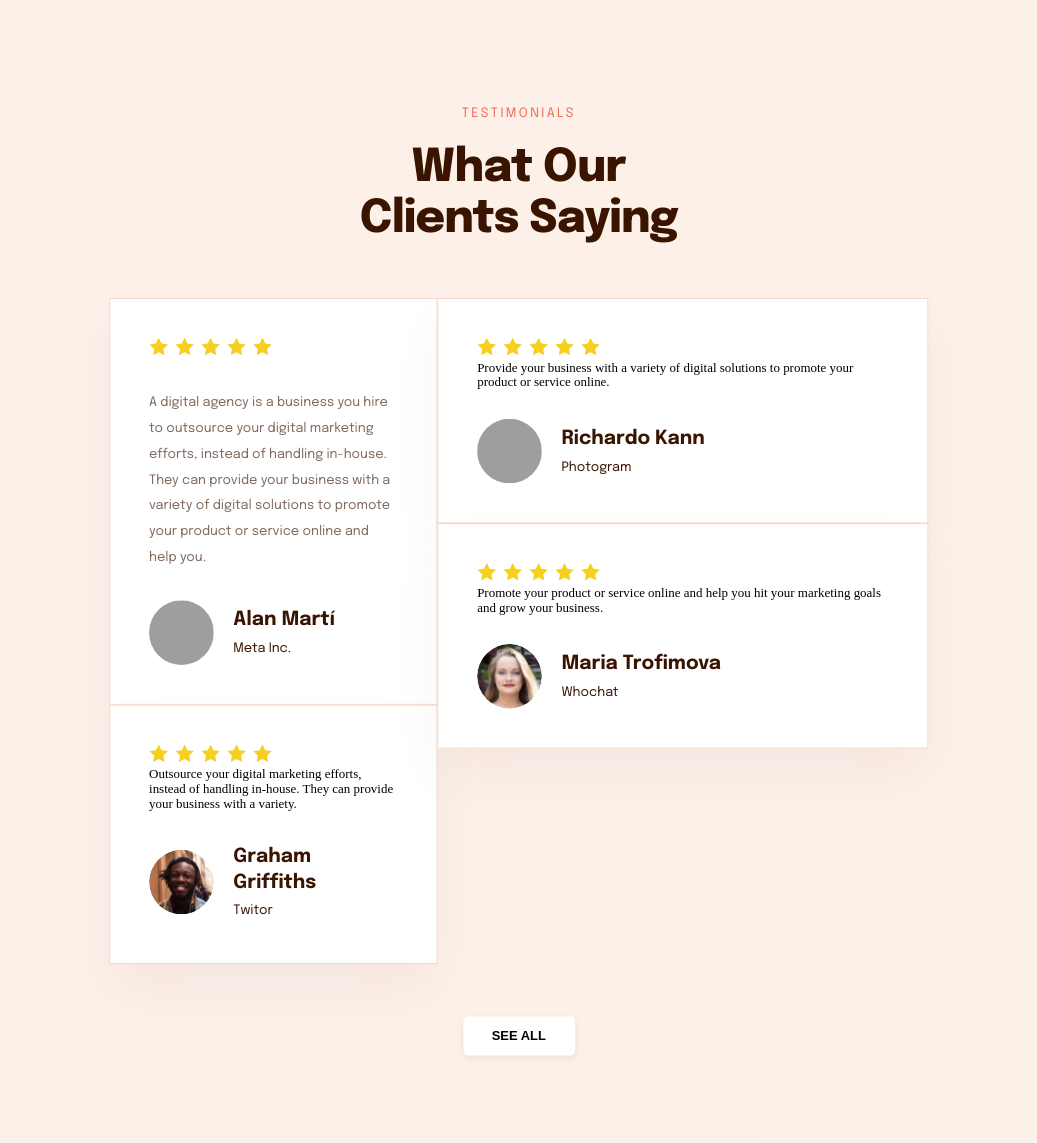
Repository: NatiqSamiyev/image-task
Page: aboutPage/index.html
These files come from the project's save history. The page is drawn as it stood at one moment and after the next save; the edit follows.
The browser window is 1280 px wide. The pictures show the whole page, at 81% of full size.
Pictures or frames that could not be fetched are drawn as grey boxes.

Above is the page before, as saved 2023-08-28 15:25:18.

After the next save:
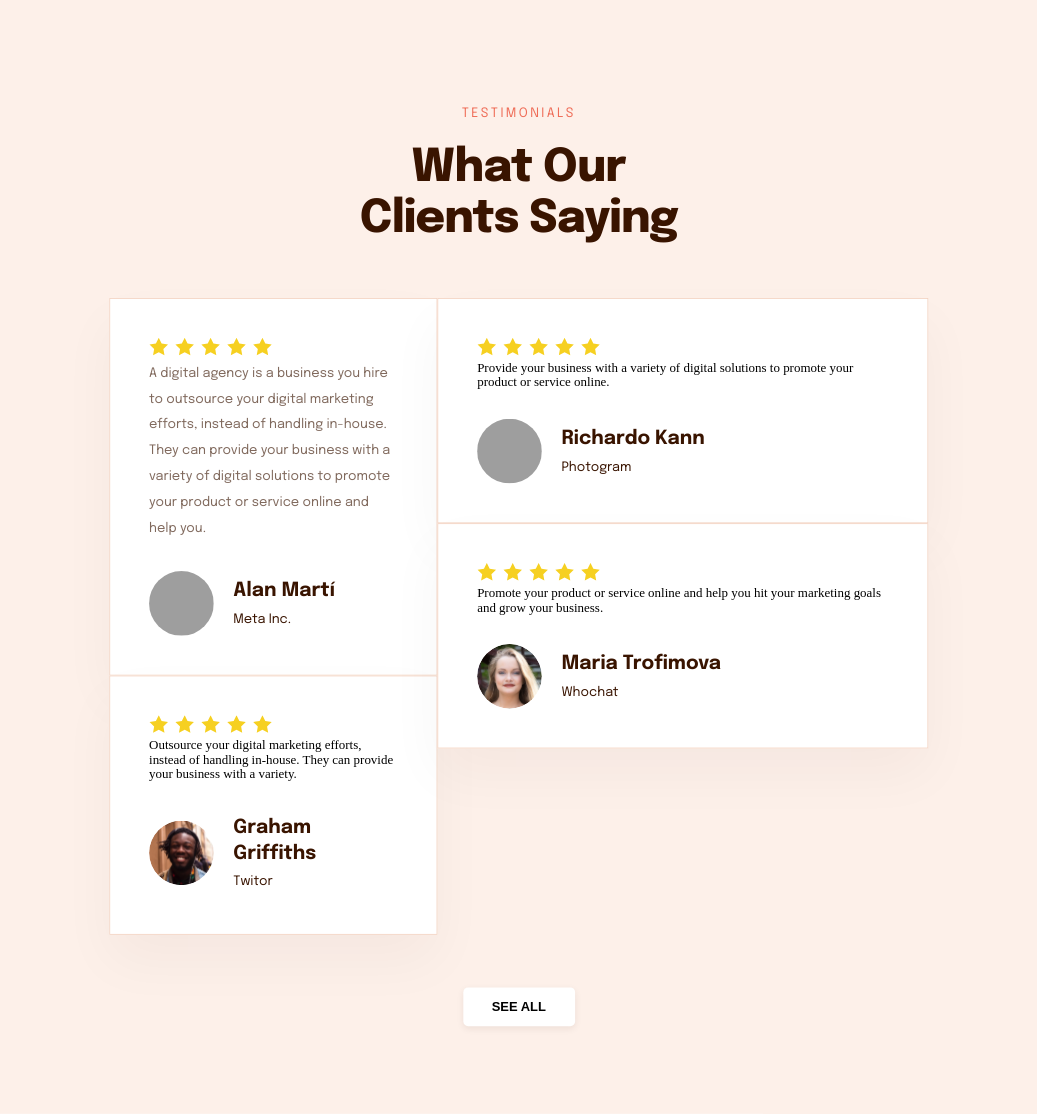
Saved 79 s later.
--- a/aboutPage/index.css
+++ b/aboutPage/index.css
@@ -78,7 +78,7 @@
 }
 
 .image-box .box .top-box p{
-    margin-top: 36px;
+
   color: var(--text-dark-gray, rgba(57, 20, 0, 0.64));
   font-feature-settings: "clig" off, "liga" off;
   font-family: Epilogue;

After the 3 saves that followed:
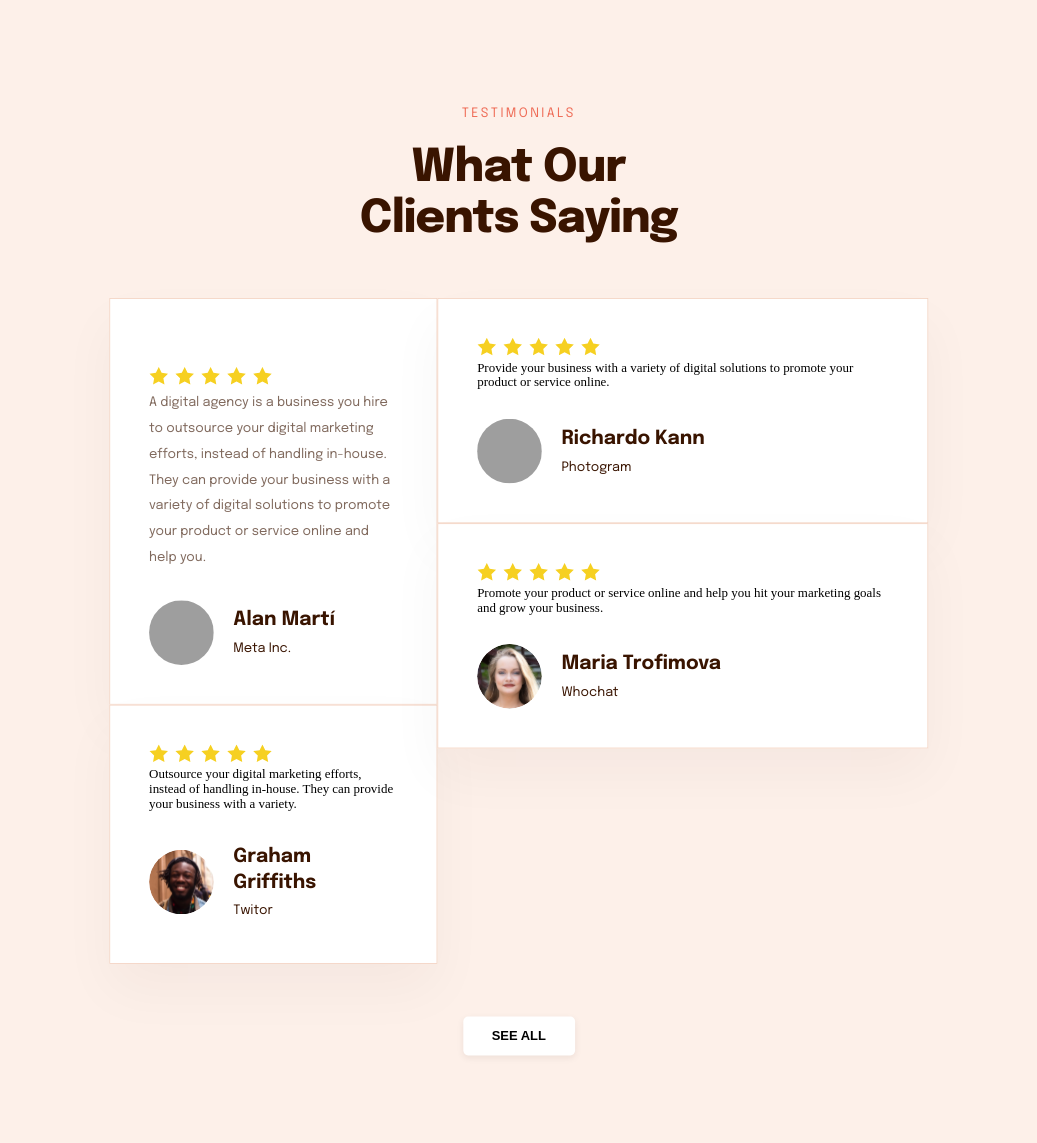
The 3 saves are shown as one change because 2 left the picture as it was.
The last was saved 17 s later.
--- a/aboutPage/index.css
+++ b/aboutPage/index.css
@@ -72,6 +72,9 @@
   background: #fff;
   box-shadow: 0px 32px 64px 0px rgba(57, 20, 0, 0.04);
 }
+.image-box .box .top-box{
+  margin-top: 36px;
+}
 .image-box .box .top-box img {
   width: 152px;
   height: 24px;
